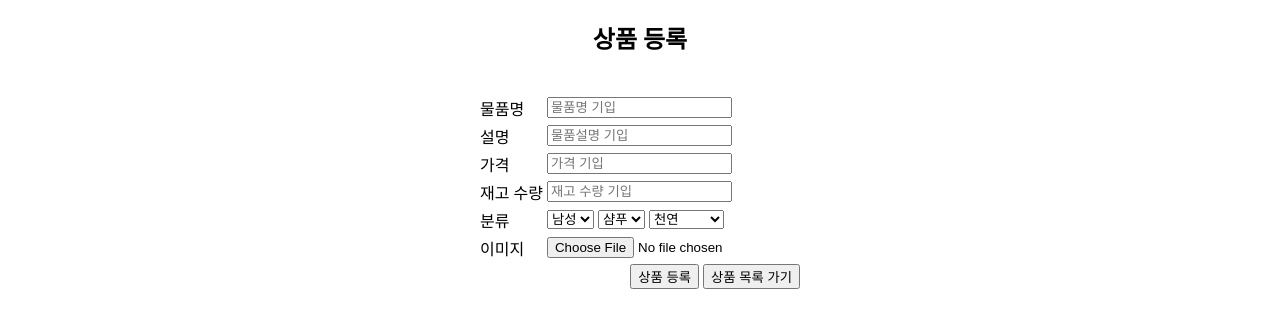
Repository: zxcvb2355/product
Page: http://localhost/product/WEB-INF/view/product/productInsertForm.jsp
These files come from the project's save history. The page is drawn as it stood at one moment and after the next save; the edit follows.
The browser window is 1280 px wide. The pictures show the whole page.
The page is served by Tomcat 9. Nobody is signed in. Other server files are loaded and not shown. The template is opened directly, without the code that normally fills it, so the values that code supplies are empty.

Above is the page before, as saved 2023-02-03 07:47:37.
Console error (its wording comes from the project's code and is left out).

### product/webapp/WEB-INF/view/product/productInsertForm.jsp
<%@ page language="java" contentType="text/html; charset=UTF-8"
    pageEncoding="UTF-8"%>
<!DOCTYPE html>
<html>
<head>
<meta charset="UTF-8">
<title>상품 등록</title>
<script  src="http://code.jquery.com/jquery-latest.min.js"></script>
<script type="text/javascript">

	$(document).ready(function(){

		$("#insertBtn").click(function(){

			let p1 = $("#p1").val();
			let pc = $("#pc").val();
			let de = ${"#de"}.val();

			$("#pcategory").val(p1);
			$("#pcategory_detail").val(pc);
			$("#detail_product").val(de);

			$("#insert").attr({
				'action':'productInsert',
				'method':'POST',
				'enctype':'multipart/form-data'
			}).submit();
		});



	});



</script>
</head>
<body>
<h2 style="text-align:center;">상품 등록</h2><br>
<form id="insert" name="insert">
<table align="center">
<tr>
<td>물품명</td>
<td><input type="text" id="pname" name="pname" placeholder="물품명 기입"></td>
</tr>
<tr>
<td>설명</td>
<td><input type="textarea" id="pcontent" name="pcontent" placeholder="물품설명 기입">
</td>
</tr>
<tr>
<td>가격</td>
<td><input type="text" id="ppay" name="ppay" placeholder="가격 기입"></td>
</tr>
<tr>
<td>재고 수량</td>
<td><input type="text" id="pcount" name="pcount" placeholder="재고 수량 기입"></td>
</tr>
<tr>
<td>분류</td>
<td><select id="p1">
	<option value="01" id="pcate1" selected>남성</option>
	<option value="02" id="pcate2">여성</option>
</select>
<select id="pc">
	<option value="01" id="pcate_d1" selected>샴푸</option>
	<option value="02" id="pcate_d2">로션</option>
</select>
<select id="de">
	<option value="01" id="detail_p2" selected>천연</option>
	<option value="02" id="detail_p3">모공 축소</option>
	<option value="03" id="detail_p4">향기</option>
	<option value="04" id="detail_p5">기타</option>
</select>
</td>
</tr>
<tr>
<td>이미지</td>
<td><input type="file" id="pimage" name="pimage" value="파일 찾아보기"></td>
</tr>

<tr>
<td colspan="2" style="text-align:right;"><input type="button" id="insertBtn" value="상품 등록">
<input type="button" id="selectBtn" value="상품 목록 가기">
</td>
</tr>
</table>
<input type="hidden" id="pcategory" name="pcategory" value="">
<input type="hidden" id="pcategory_detail" name="pcategory_detail" value="">
<input type="hidden" id="detail_product" name="detail_product" value="">
</form>
</body>
</html>

After the next save:
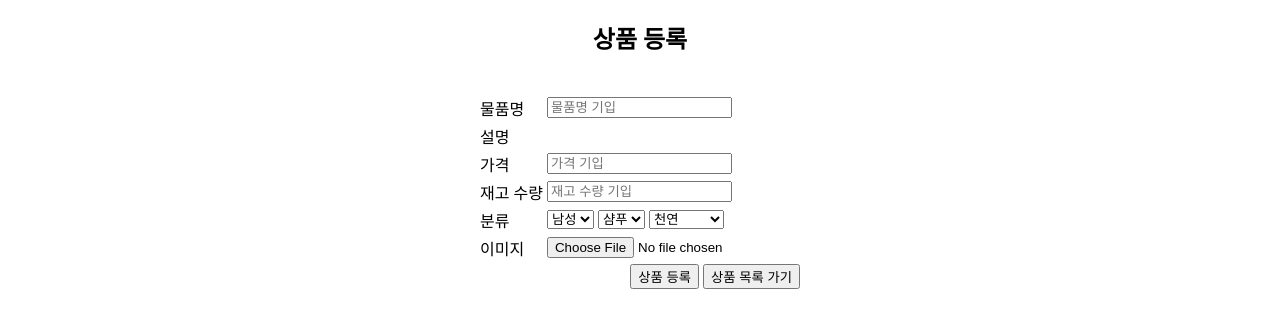
Saved 4 min 38 s later.
--- a/product/webapp/WEB-INF/view/product/productInsertForm.jsp
+++ b/product/webapp/WEB-INF/view/product/productInsertForm.jsp
@@ -45,7 +45,7 @@
 </tr>
 <tr>
 <td>설명</td>
-<td><input type="textarea" id="pcontent" name="pcontent" placeholder="물품설명 기입">
+<td><texteara id="pcontent" name="pcontent" placeholder="물품설명 기입"></texteara>
 </td>
 </tr>
 <tr>
